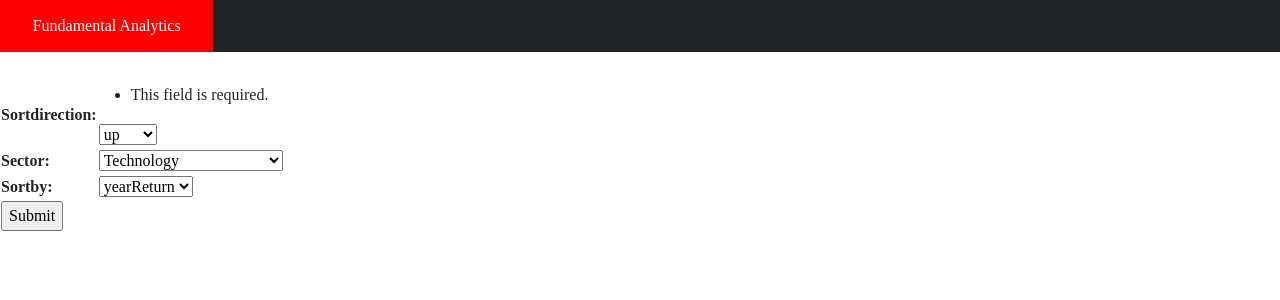
Repository: brendan12372/theSite
Page: http://localhost/
An editor plug-in stored every save of this project. The page is shown before and after the next save, followed by the edit.
The browser window is 1280 px wide. The pictures show the whole page.
The page is served by the project's application, run on Django 4.2 (manage.py).

Above is the page before, as saved 2022-03-18 20:13:50.

After the next save:
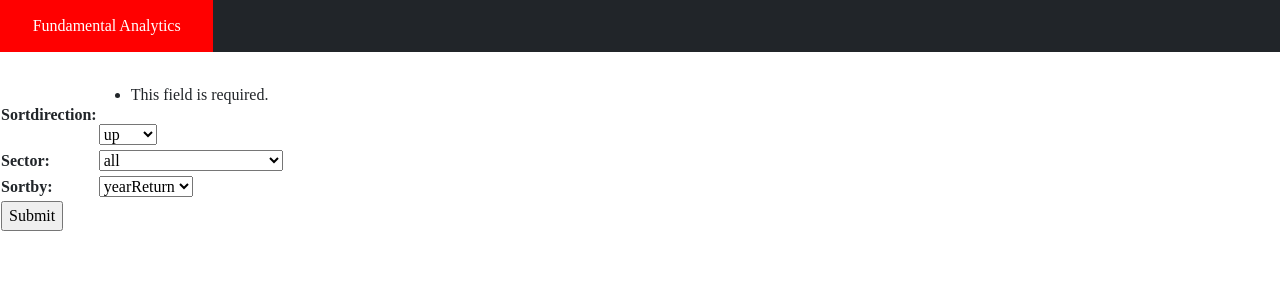
Saved 8 min 14 s later.
--- a/stocks/views.py
+++ b/stocks/views.py
@@ -14,8 +14,8 @@ from .forms import OptionsForm
 import json
 print(sectorLL)
 init_data = {
-        'sector': 'Technology',
-        'dir': 'up',
+        'sector': 'all',
+        'dir': 'down',
         'sortBy':'yearReturn'
     }
 form=OptionsForm()
